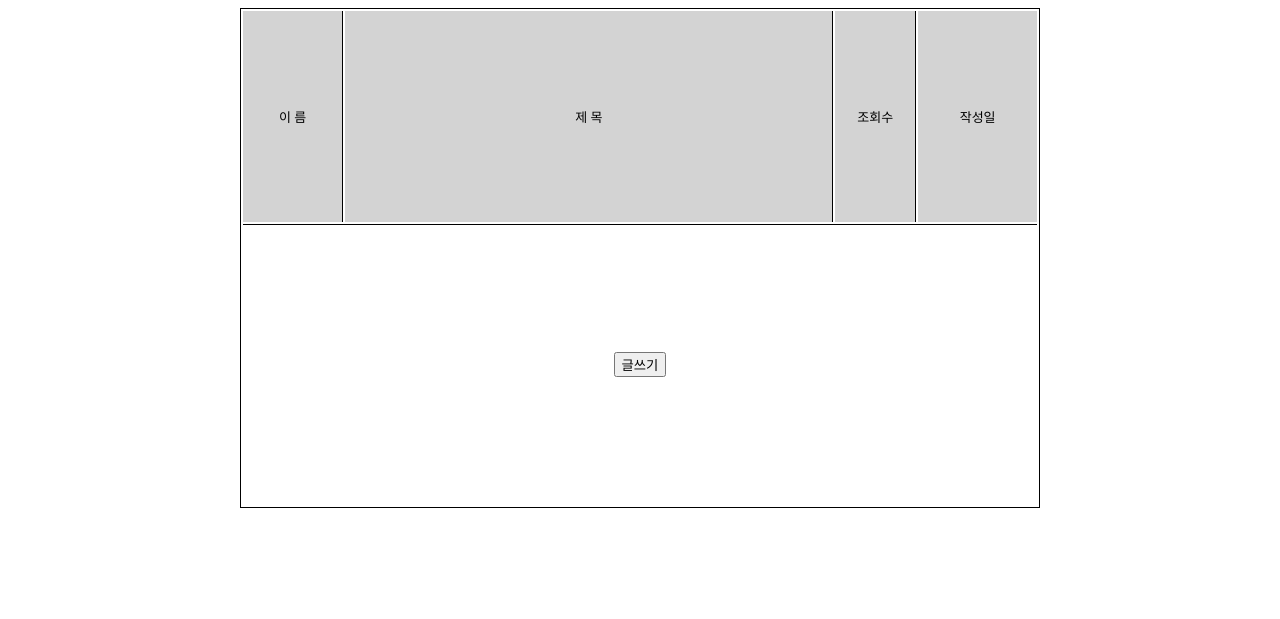
Repository: shbaksa/study
Page: http://localhost/mw_0617/test/list.jsp
The author's editor kept a copy of each file at every save. The page is drawn from the files as they stood at one save, then again after the next save.
The browser window is 1280 px wide. The pictures show the whole page.
The page is served by Tomcat 9. Queries for data that is not in the repository find no rows.

Above is the page before, as saved 2022-06-17 05:36:39.

### mw_0617/src/main/webapp/test/list.jsp
<%@ page language="java" contentType="text/html; charset=UTF-8"
    pageEncoding="UTF-8"%>
<!DOCTYPE html>
<html>
<head>
<meta charset="UTF-8">
<title>Insert title here</title>
<%@ page import="java.sql.*" %>

	<%
		// DB연결
		Class.forName("com.mysql.jdbc.Driver");
  		String db="jdbc:mysql://localhost:3306/first";
  		Connection conn=DriverManager.getConnection(db,"root","1234");

		// 쿼리생성
		String sql = "select * from gesipan";
		PreparedStatement pstmt = conn.prepareStatement(sql);
		// 쿼리실행
		ResultSet rs = pstmt.executeQuery();


	%>
	<style>
	table {
		border : 1px solid black;
		font-size : 13px;
	}
	td {
		border-right : 1px solid black;
		border-top : 1px solid black;
	}
	td:last-child {
		border-right : none;
	}
	tr {
		border-top : 1px solid black;
		border-bottom : 1px solid black;
	}
	</style>
</head>
<body>

	<table width="800" height="500" align="center">
	<tr align="center" style="background:lightgray;">
	<td style="border-top:none;" width="100">이 름</td>
	<td style="border-top:none;" width="500">제 목</td>
	<td style="border-top:none;" width="80">조회수</td>
	<td style="border-top:none;" width="120">작성일</td>
	</tr>
	<%while(rs.next()) { %>
	<tr>
	<td><%=rs.getString("name") %></td>
	<td onclick="location='readnum.jsp?id=<%=rs.getInt("id")%>'"><%=rs.getString("title") %></td>
	<td align="center"><%=rs.getString("readnum") %></td>
	<td align="center"><%=rs.getString("writeday") %></td>
	</tr>
	<% } %>
	<tr>
	<td colspan="4" align="center"><form method="post" action="write.jsp"> <input type="submit" value="글쓰기"> </form></td>
	</tr>

	</table>
</body>
</html>


<%
pstmt.close();
conn.close();
%>

After the next save:
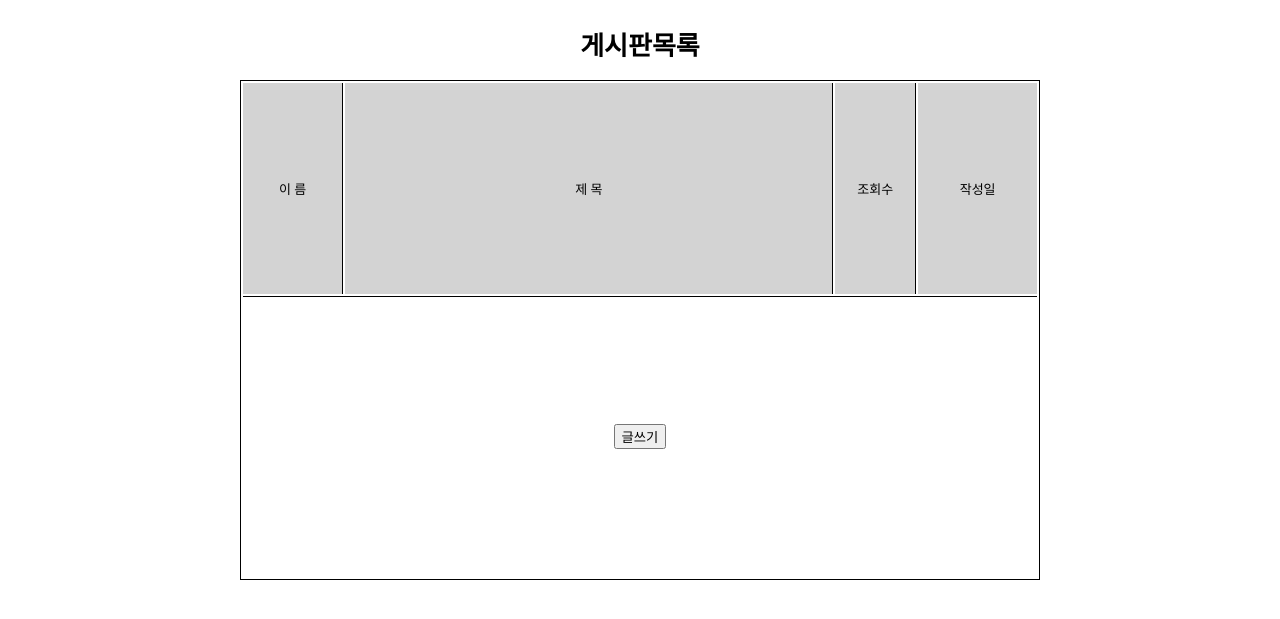
Saved 18 s later.
--- a/mw_0617/src/main/webapp/test/list.jsp
+++ b/mw_0617/src/main/webapp/test/list.jsp
@@ -42,6 +42,7 @@
 <body>
 
 	<table width="800" height="500" align="center">
+	<caption><h1>게시판목록</h1></caption>
 	<tr align="center" style="background:lightgray;">
 	<td style="border-top:none;" width="100">이 름</td>
 	<td style="border-top:none;" width="500">제 목</td>
